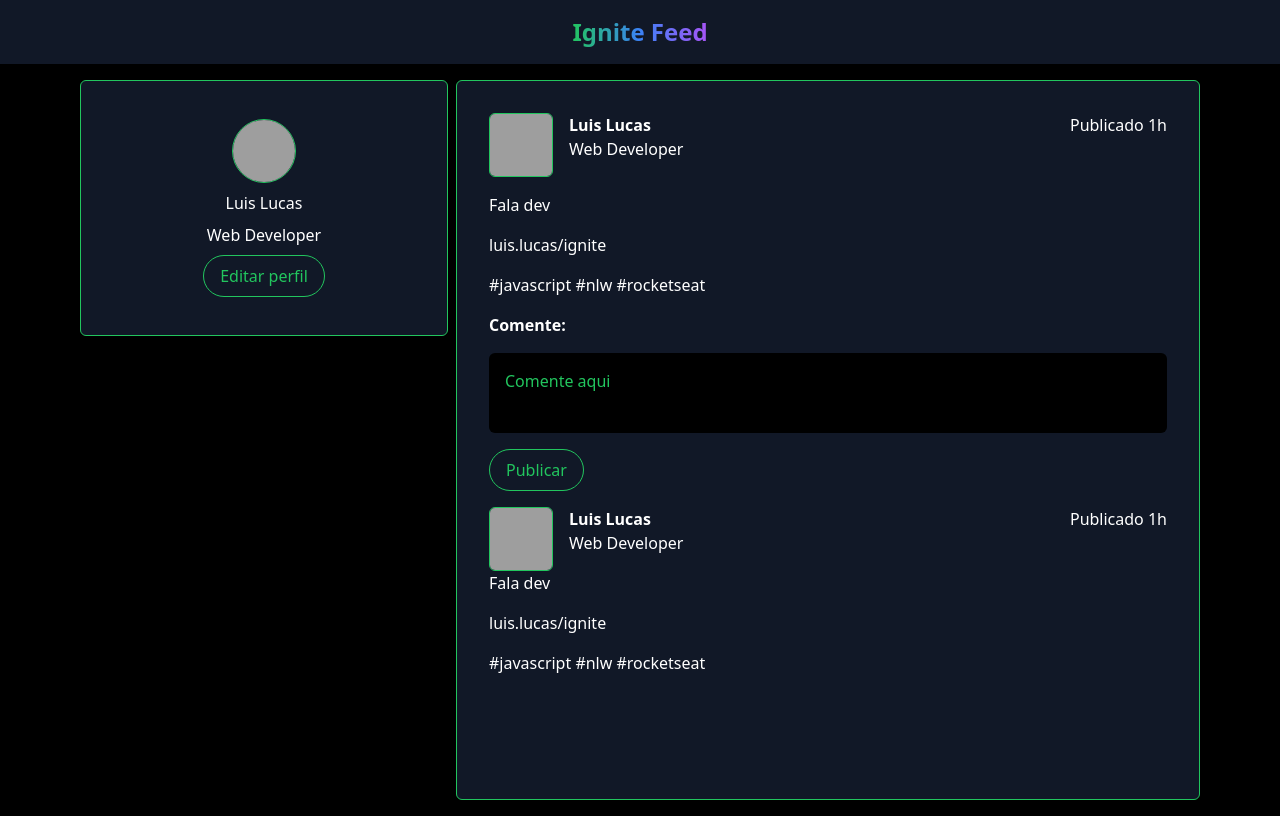
Repository: LuisSempre/ignite-feed
Page: /
The author's editor kept a copy of each file at every save. The page is drawn from the files as they stood at one save, then again after the next save.
The browser window is 1280 px wide. The pictures show the whole page.
Pictures or frames that could not be fetched are drawn as grey boxes. The project was rebuilt for these pictures with package versions that can differ from the ones it lists, and the page was loaded fresh each time. Also part of the build but not shown: vite.config.js.

Above is the page before, as saved 2022-07-14 21:33:07.

After the next save:
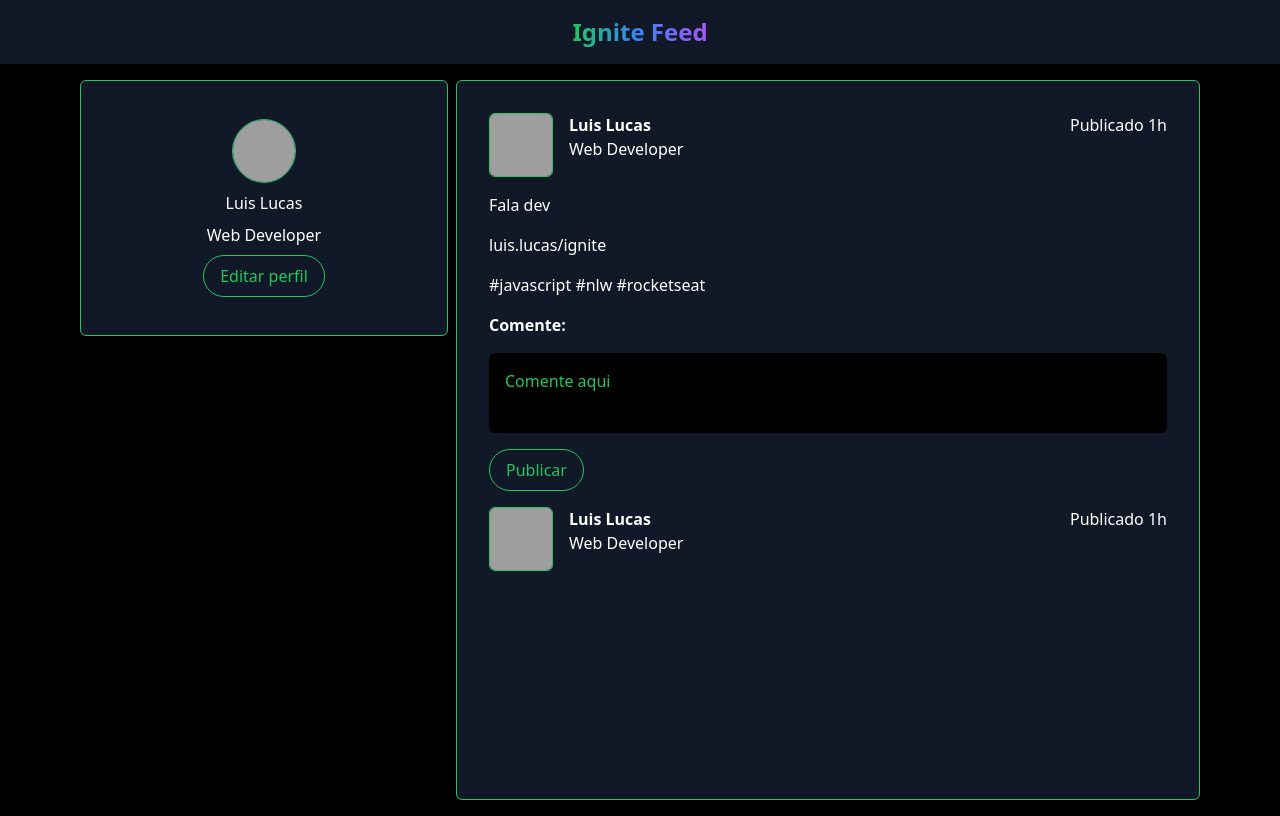
Saved 42 s later.
--- a/src/Components/Comment.jsx
+++ b/src/Components/Comment.jsx
@@ -19,11 +19,6 @@ export function Comment() {
           <time dataTime="2022-05-11 08:13:00">Publicado 1h</time>
         </div>
       </div>
-      <div className="space-y-4">
-        <p>Fala dev</p>
-        <p>luis.lucas/ignite</p>
-        <p>#javascript #nlw #rocketseat</p>
-      </div>
     </div>
   );
 }
